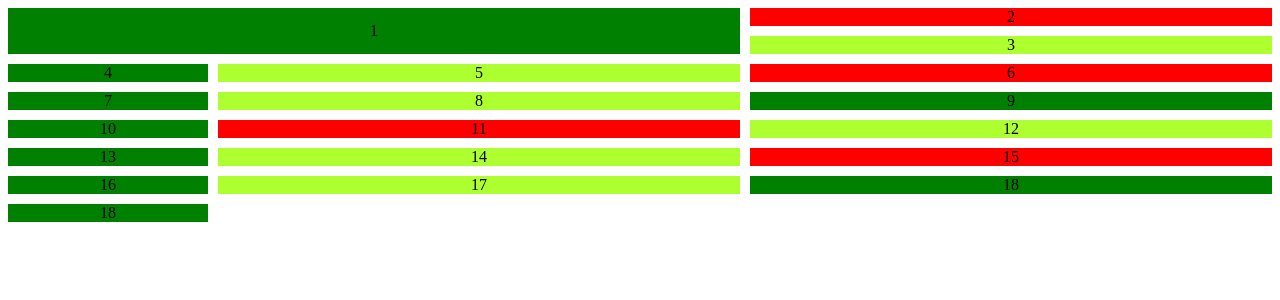
Repository: motiejus1/09-paskaita-05.31
Page: index.html
An editor plug-in stored every save of this project. The page is shown before and after the next save, followed by the edit.
The browser window is 1280 px wide. The pictures show the whole page.

Above is the page before, as saved 2021-06-15 19:30:04.

After the next save:
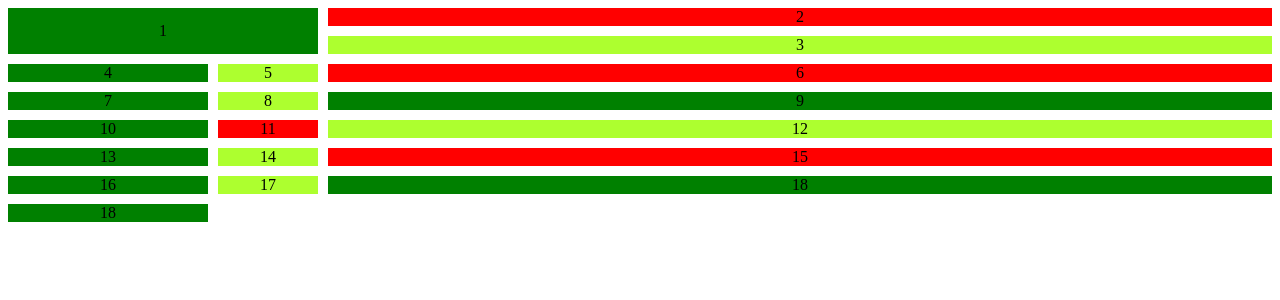
Saved 4 s later.
--- a/index.html
+++ b/index.html
@@ -8,7 +8,7 @@
     <style>
         .grid-container {
             display: grid;
-            grid-template-columns: 200px auto auto;
+            grid-template-columns: 200px 100px auto;
             grid-column-gap: 10px ;
             grid-row-gap: 10px ;
         }
